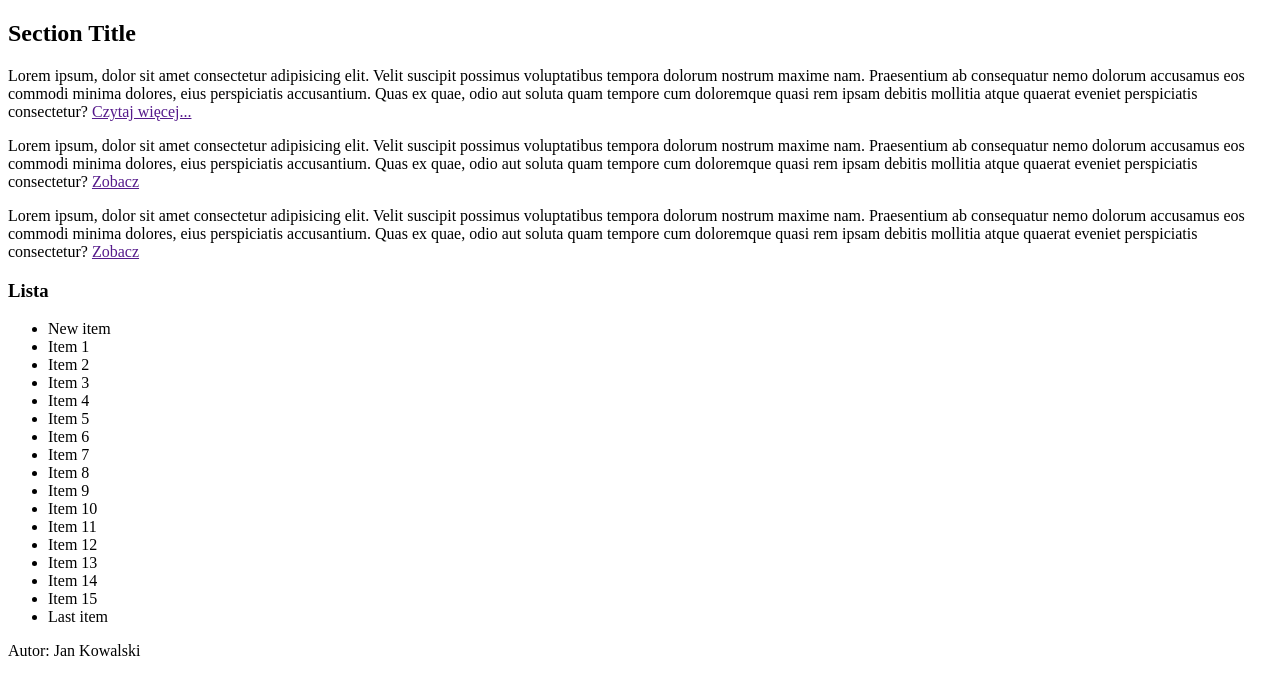
Repository: magdaf41/jQuery
Page: zadanie 3/index.html
These files come from the project's save history. The page is drawn as it stood at one moment and after the next save; the edit follows.
The browser window is 1280 px wide. The pictures show the whole page.

Above is the page before, as saved 2020-09-08 21:16:40.

After the next save:
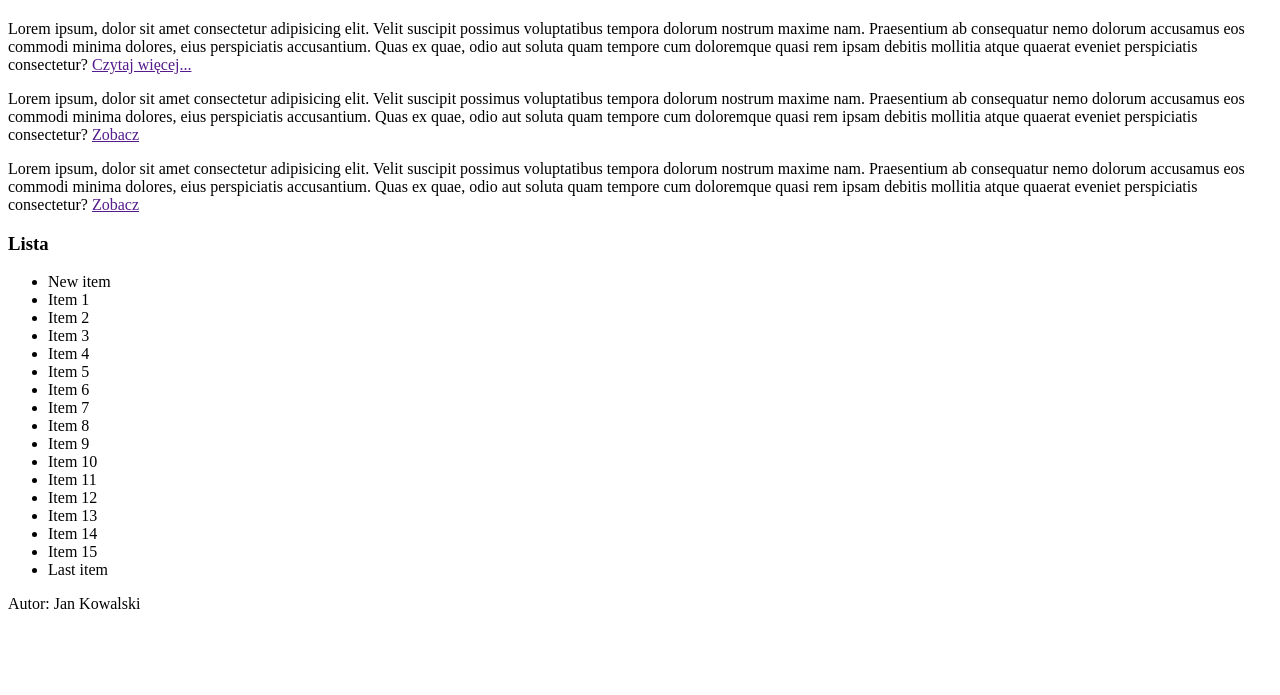
Saved 2 min 6 s later.
--- a/zadanie 3/js/main.js
+++ b/zadanie 3/js/main.js
@@ -10,4 +10,6 @@ $(document).ready(function () {
 
    const newFooter = $('<footer>Autor: Jan Kowalski</footer>');
    $('ul').after(newFooter)
+
+   $('h2').empty();
 });
